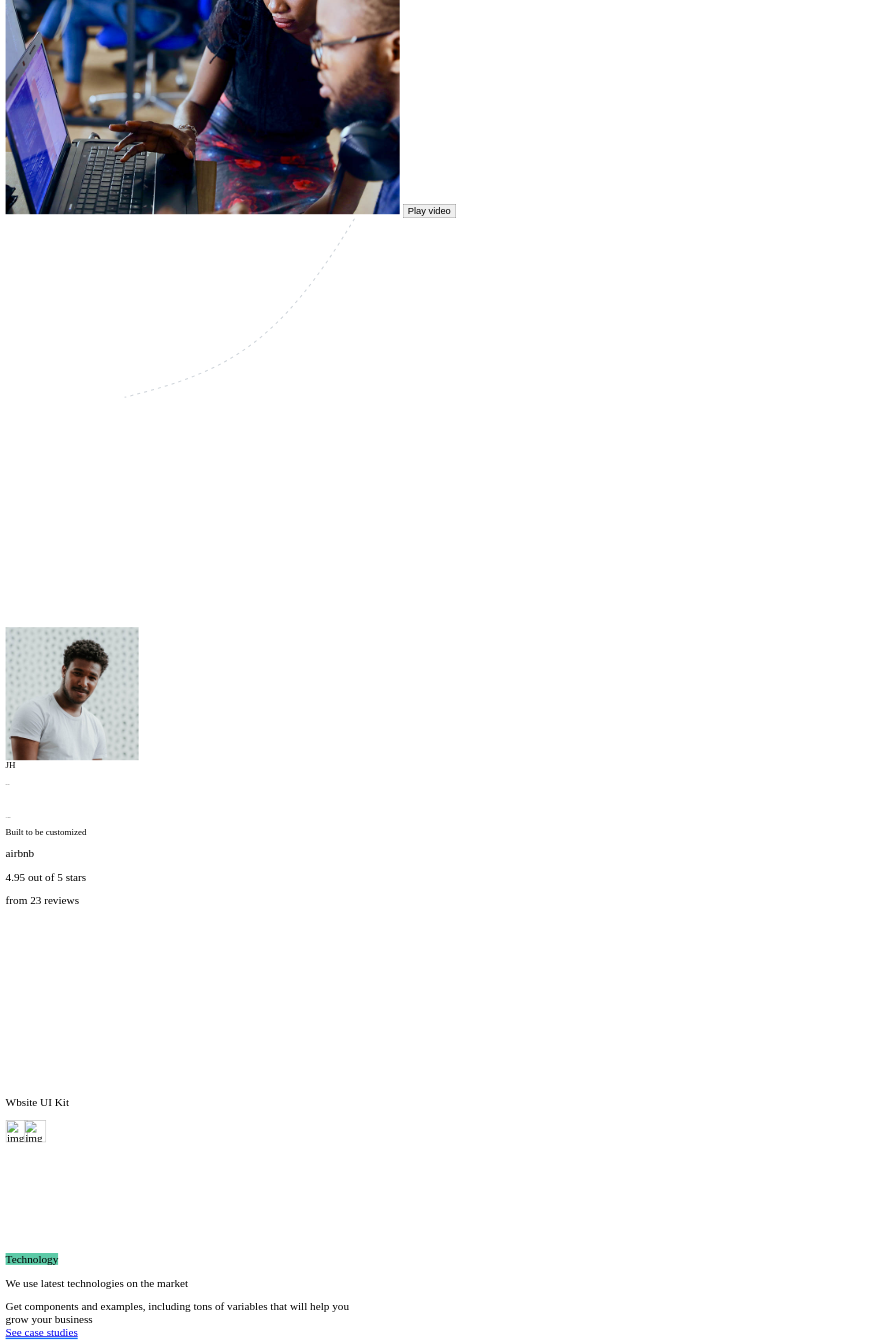
Repository: brandonc16/odoo-task
Page: components/hero.html
An editor plug-in stored every save of this project. The page is shown before and after the next save, followed by the edit.
The browser window is 1280 px wide. The pictures show the part of the page from y = 1990 to 3910 px (the page is 3910 px tall before and 3870 px after), at 70% of full size.

Above is the page before, as saved 2026-03-16 03:28:46.

After the next save:
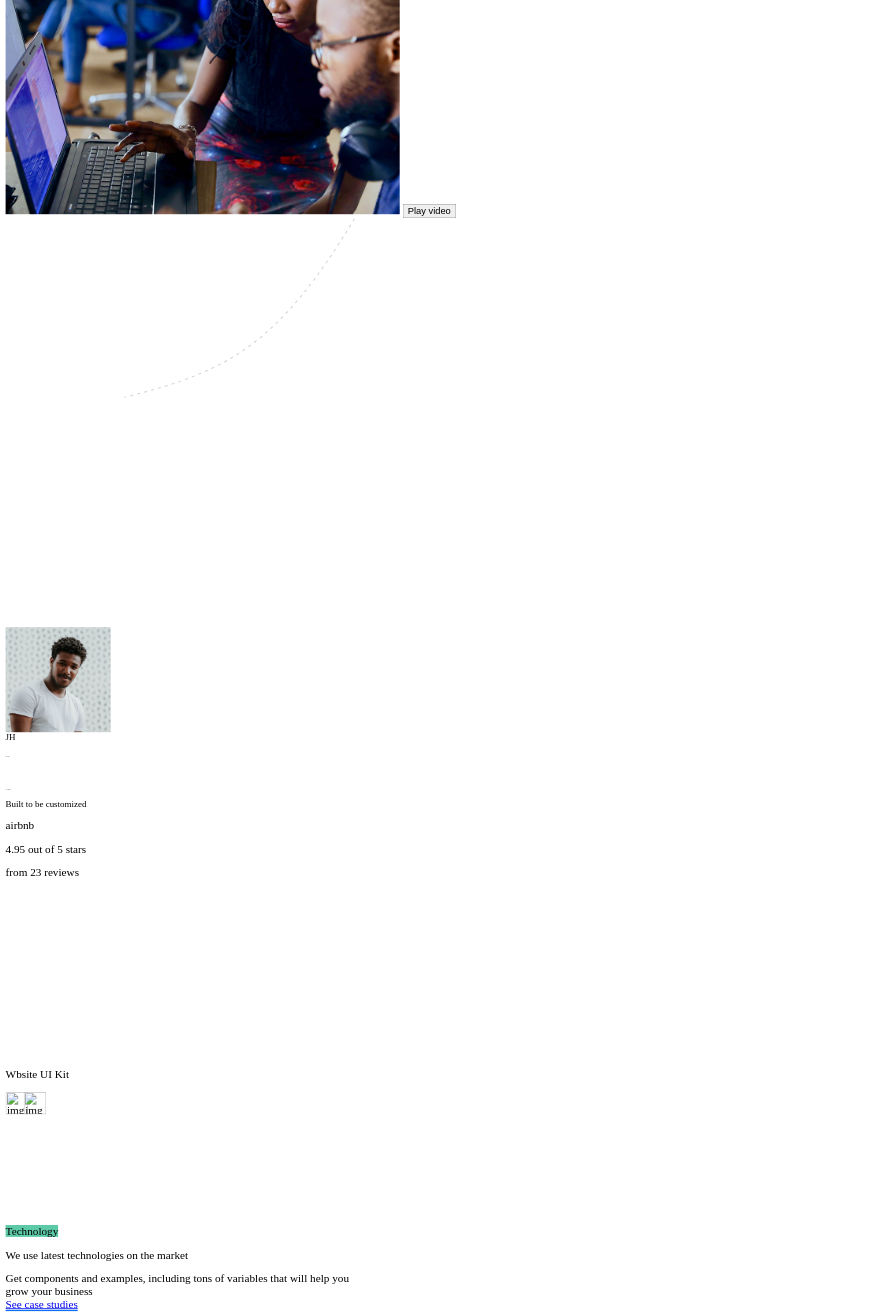
Saved 22 s later.
--- a/components/hero.html
+++ b/components/hero.html
@@ -347,7 +347,7 @@
         <div class="row g-4 align-items-center">
           <div class="col-12 col-sm-6">
             <div class="card border-0 shadow-sm rounded-2 overflow-hidden">
-              <img src="/assets/person_03.jpg" alt="JH" style="height: 190px; object-fit: cover" />
+              <img src="/assets/person_03.jpg" alt="JH" style="height: 150px; object-fit: cover" />
 
               <div
                 class="card-body d-flex align-items-center justify-content-between p-4"
